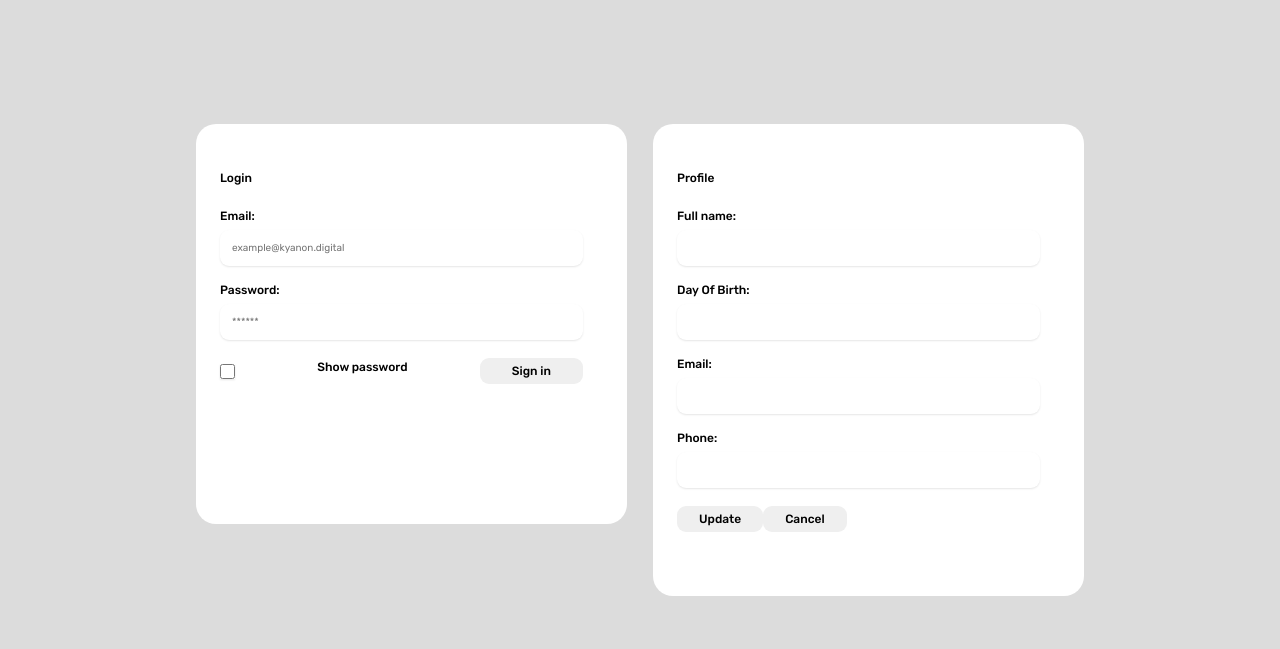
Repository: lethetiem/demon-test
Page: /
These files come from the project's save history. The page is drawn as it stood at one moment and after the next save; the edit follows.
The browser window is 1280 px wide. The pictures show the whole page.
The project was rebuilt for these pictures with package versions that can differ from the ones it lists, and the page was loaded fresh each time.

Above is the page before, as saved 2023-03-15 15:25:24.

### public/index.html
<!DOCTYPE html>
<html lang="en">
  <head>
    <meta charset="utf-8" />
    <link rel="icon" href="%PUBLIC_URL%/favicon.ico" />
    <meta name="viewport" content="width=device-width, initial-scale=1" />
    <meta name="theme-color" content="#000000" />
    <meta
      name="description"
      content="Web site created using create-react-app"
    />
    <link rel="apple-touch-icon" href="%PUBLIC_URL%/logo192.png" />
    <link rel="manifest" href="%PUBLIC_URL%/manifest.json" />
    <link
      href="https://fonts.googleapis.com/css2?family=Rubik:wght@400;500;600;700&display=swap"
      rel="stylesheet"
    />
    <title>React App</title>
  </head>
  <body>
    <div id="root"></div>
  </body>
</html>

### src/App.js
import React from "react";
import Login from "./components/Login/Login";
import UpdateProfile from "./components/UpdateProfile/UpdateProfile";
import "./app.css";

const App = () => {
  return (
    <div className="container">
      <div className="cta-form--box">
        <Login></Login>
        <UpdateProfile></UpdateProfile>
      </div>
    </div>
  );
};

export default App;

### src/components/Login/Login.jsx
import React from "react";
import "./login.css";
import "../index.css";

const Login = () => {
  return (
    <div>
      <form className="cta cta-form--sign-in" name="login">
        <div>
          <label htmlFor="log-in">Login</label>
        </div>
        <div>
          <label htmlFor="email">Email:</label>
          <input
            id="email"
            type="email"
            placeholder="example@kyanon.digital"
            name="email"
            required
          ></input>
        </div>

        <div>
          <label htmlFor="password">Password:</label>
          <input
            id="password"
            type="password"
            placeholder="******"
            name="password"
            required
          ></input>
        </div>

        <div className="password-checkbox">
          <input
            id="check-box"
            className="checkbox-input"
            type="checkbox"
            name="check-box"
          ></input>
          <label htmlFor="check-box">Show password</label>
          <button className="btn btn--form btn-sign-in">Sign in</button>
        </div>
      </form>
    </div>
  );
};

export default Login;

### src/components/UpdateProfile/UpdateProfile.jsx
import React from "react";
import './updateProfile.css'
import '../index.css'

const UpdateProfile = () => {
  return <div>
    <form className="cta cta-form--profile" name="update-profile">
          <div>
            <label className="profile-label" htmlFor="profile">Profile</label>
          </div>
          <div>
            <label className="text-color--profile" htmlFor="full-name">Full name:</label>
            <input id="full-name" type="text" name="full-name" required></input>
          </div>

          <div>
            <label className="text-color--profile" htmlFor="day-of-bird">Day Of Birth:</label>
            <input
              id="day-of-bird"
              type="text"
              name="day-of-bird"
              required
            ></input>
          </div>

          <div>
            <label className="text-color--profile" htmlFor="email">Email:</label>
            <input id="email" type="email" name="email" required></input>
          </div>

          <div>
            <label className="text-color--profile" htmlFor="phone-number">Phone:</label>
            <input
              id="phone-number"
              type="text"
              name="phone-number"
              required
            ></input>
          </div>

          <div className="btn-profile">
            <button className="btn btn--update">Update</button>
            <button className="btn btn--cancel">Cancel</button>
          </div>
        </form>
  </div>
}

export default UpdateProfile;

### src/app.css
* {
  padding: 0;
  margin: 0;
  box-sizing: border-box;
}

html {
  font-size: 62.5%;
  overflow-x: hidden;
}

body {
  position: relative;
  font-family: "Rubik", sans-serif;
  line-height: 1;
  font-weight: 400;
  color: #555;
  height: 100vh;
  background-color: gainsboro;

  overflow-x: hidden;
}

.container {
  position: absolute;
  top: 50%;
  left: 50%;
  transform: translate(-50%, -50%);
  max-width: 120rem;
  width: 100%;
  padding: 0 3.2rem;
  margin: 0 auto;
}

### src/components/Login/login.css
.cta-form--sign-in {
  background-color: #fff;
  padding-bottom: 2.4rem;
  height: 40rem;
}
.checkbox-input {
  width: 15px !important;
  height: 15px !important;
  margin-right: 10px;
}
.password-checkbox {
  display: flex;
  justify-content: space-between;
  align-items: center;
}
.label-showpassword {
  margin-bottom: 0;
}
.btn-sign-in {
  padding: 0.6rem 3.2rem !important;
}
.password-check-box-container {
  display: flex;
}

### src/components/index.css
.cta-form--box{
  display: grid;
  grid-template-columns: 1fr 1fr;
  column-gap: 2.6rem;
  padding: 1.8rem 12.4rem;
}

.cta{
  display: flex;
  flex-direction: column;
  row-gap: 1.8rem;
  padding: 4.8rem 4.4rem 6.4rem 2.4rem;
  border-radius: 2rem;
  color: #000;
}

.cta label{
  display: block;
  font-size: 1.2rem;
  font-weight: 500;
  margin-bottom: 0.8rem;
}

.cta input{
  width: 100%;
  padding: 1.2rem;
  font-size: 1rem;
  font-family: inherit;
  color: inherit;
  border: none;
  border-radius: 9px;
  box-shadow: 0 1px 2px rgba(0, 0, 0, 0.1);
}

.btn,
.btn:link,
.btn:visited {
  display: inline-block;

  text-decoration: none;
  font-size: 1.2rem;
  font-weight: 500;
  padding: 0.6rem 2.2rem;
  border-radius: 9px;

  border: none;
  cursor: pointer;
  font-family: inherit;

  transition: all 0.3s;
}

.btn--full:link,
.btn--full:visited {
  background-color: #e67e22;
  color: #fff;
}

.btn--full:hover,
.btn--full:active {
  background-color: #cf711f;
}

### src/components/UpdateProfile/updateProfile.css
.cta-form--profile{
  background-color: #fff;
}

Loaded but not shown: src/index.js (common file)

After the next save:
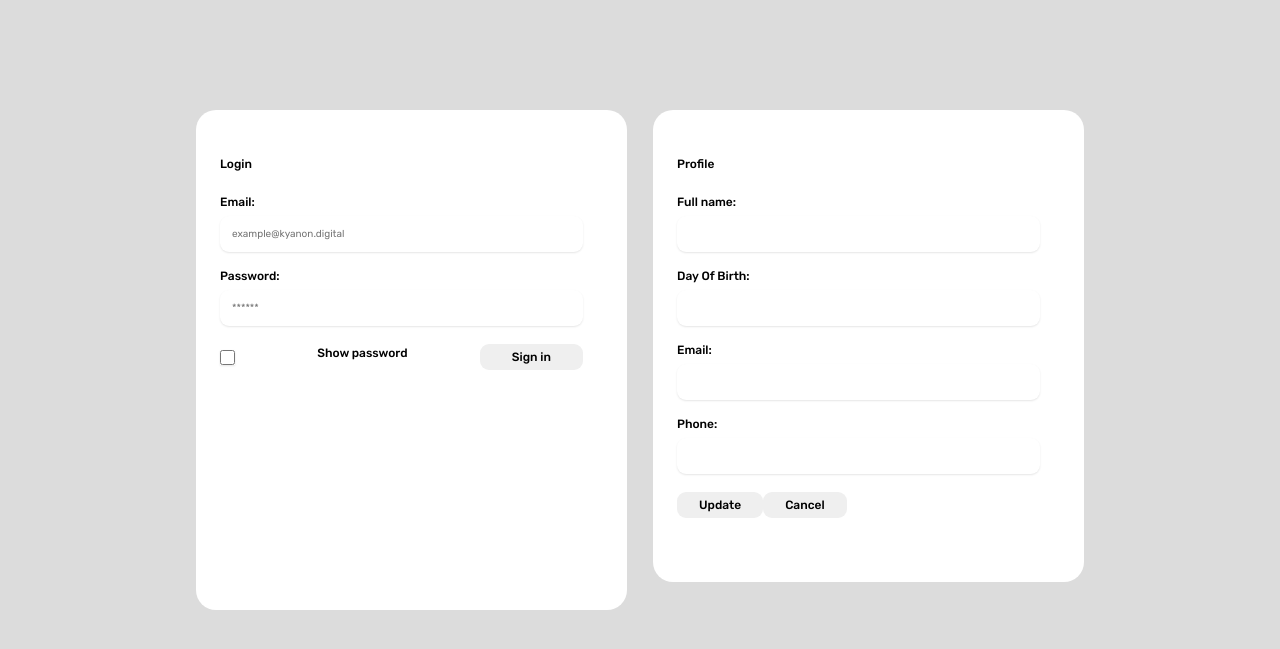
Saved 2 min 49 s later.
--- a/src/components/Login/login.css
+++ b/src/components/Login/login.css
@@ -1,7 +1,7 @@
 .cta-form--sign-in {
   background-color: #fff;
   padding-bottom: 2.4rem;
-  height: 40rem;
+  height: 50rem;
 }
 .checkbox-input {
   width: 15px !important;
